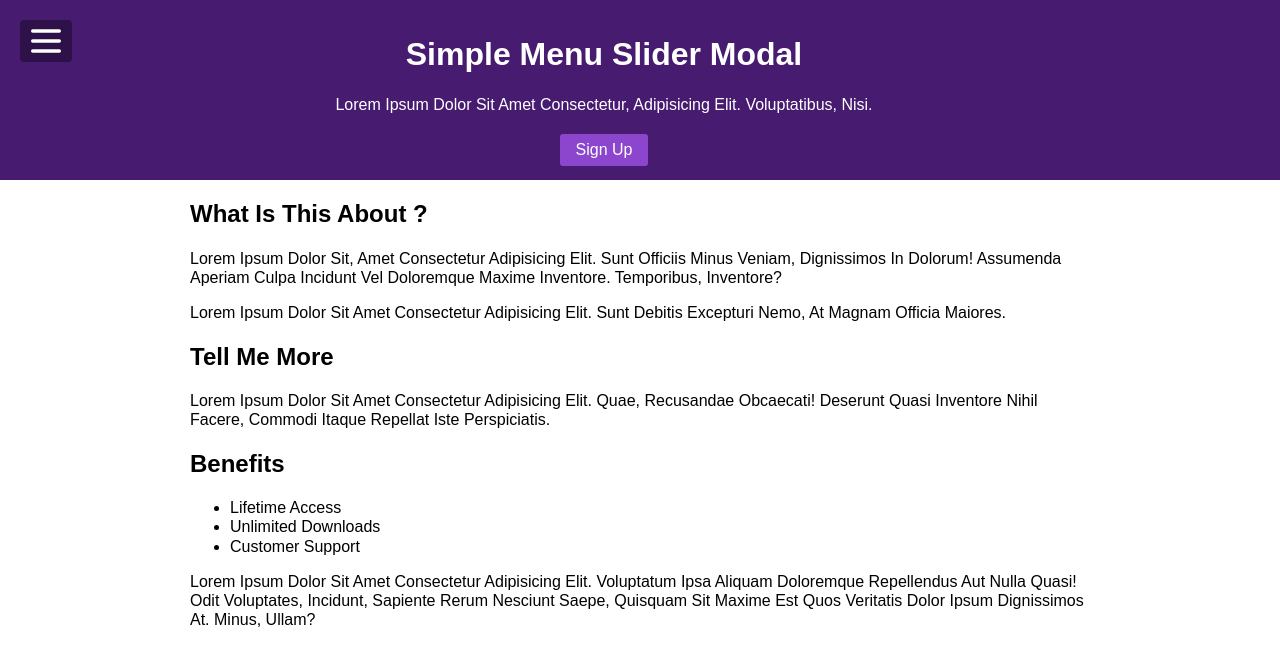
Repository: lilo750/Menu-Slider-modal
Page: index.html
The author's editor kept a copy of each file at every save. The page is drawn from the files as they stood at one save, then again after the next save.
The browser window is 1280 px wide. The pictures show the whole page.

Above is the page before, as saved 2024-01-14 16:28:50.

After the next save:
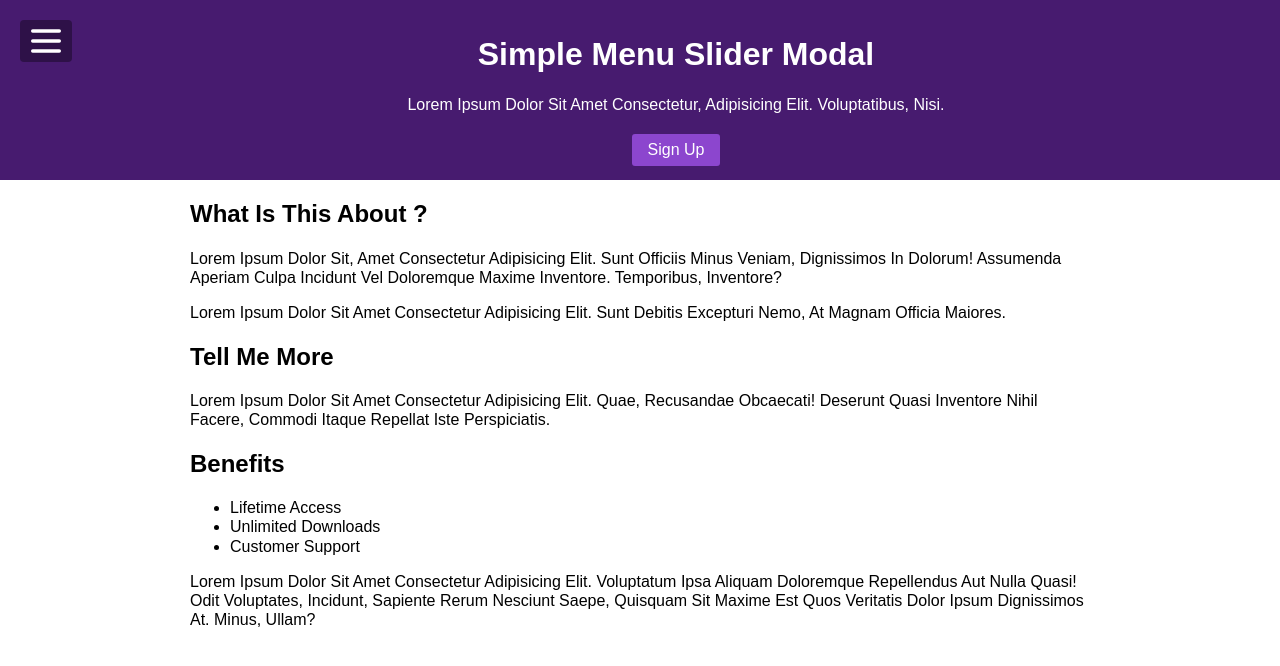
Saved 7 s later.
--- a/assets/style.css
+++ b/assets/style.css
@@ -36,7 +36,7 @@ body {
         color: #fff;
         text-align: center;
         padding: 14px 8px;
-        padding-right: 80px;
+        padding-left: 80px;
 
         #signUp-btn {
             background-color: rgb(140, 70, 206);
